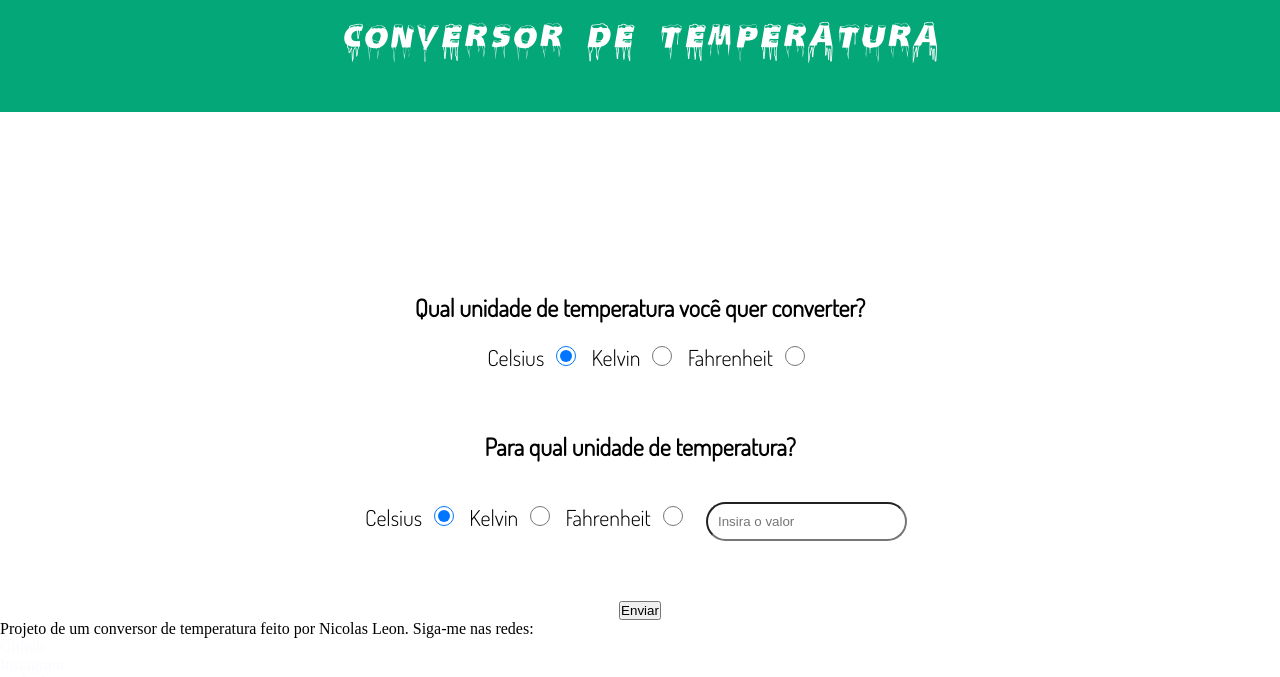
Repository: Leonngc/Conversor-de-temperatura
Page: index.html
The author's editor kept a copy of each file at every save. The page is drawn from the files as they stood at one save, then again after a run of saves.
The browser window is 1280 px wide. The pictures show the whole page.
Some icons come from a web library that is not loaded, so they are not drawn.

Above is the page before, as saved 2023-02-10 23:32:13.

After the next 2 saves:
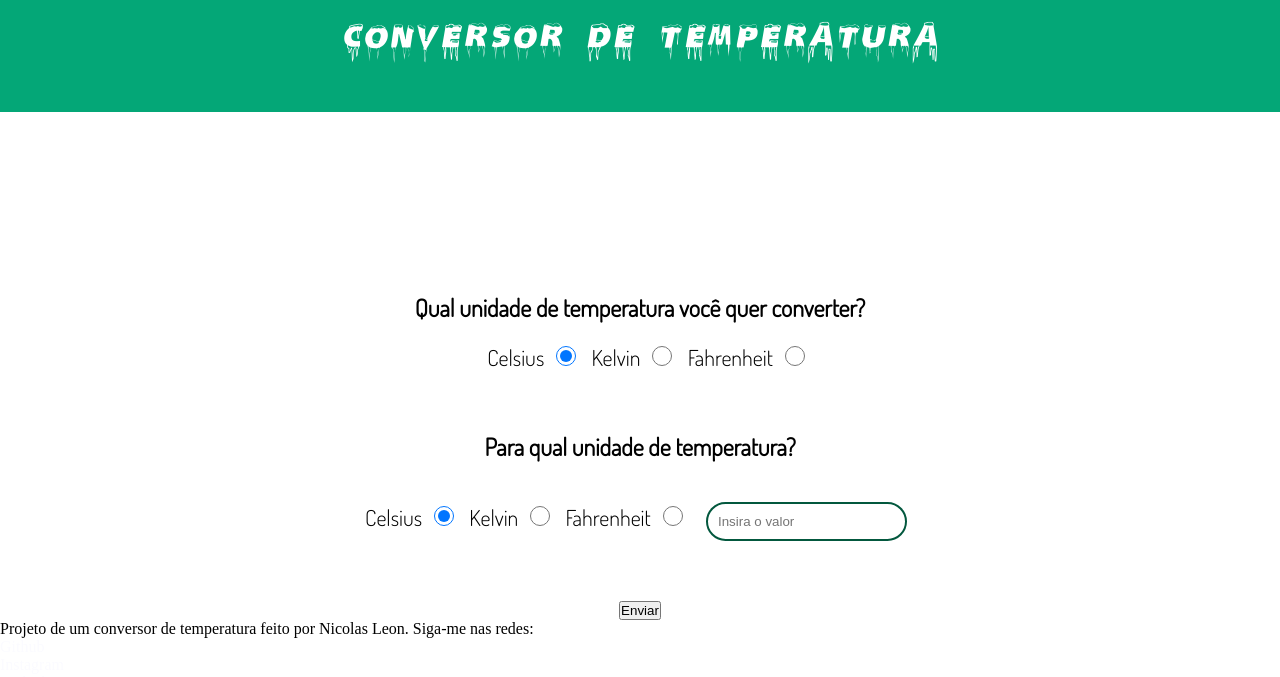
The 2 saves are shown as one change because they came seconds apart.
The last was saved 8 s later.
--- a/style.css
+++ b/style.css
@@ -100,5 +100,5 @@ label{
     padding: 10px;
     border-radius: 20px;
     color: #03583e;
-    border:
+    border: 2px solid #03583e;
 }
